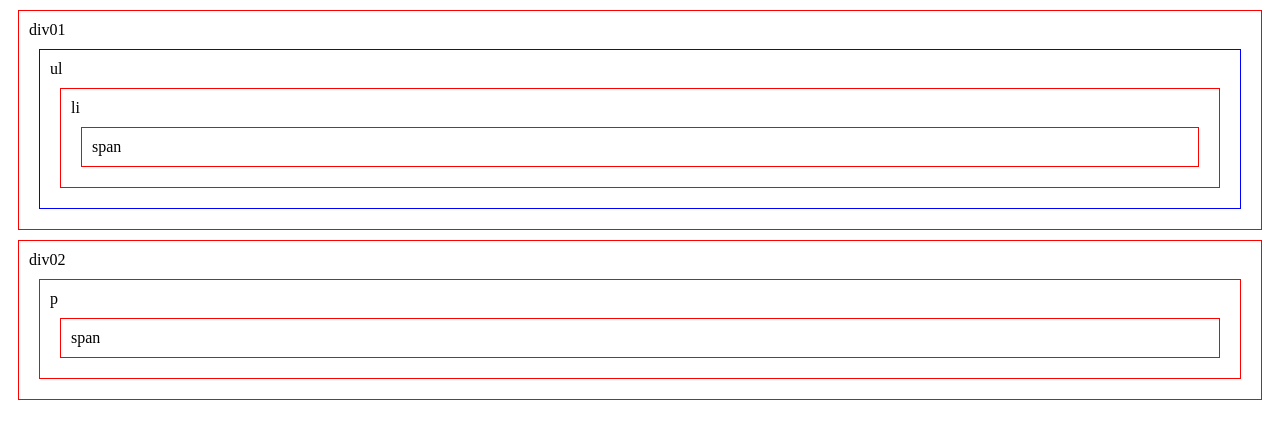
Repository: Jooheehan-kopo/web-workspace
Page: Lecture-web/WebContent/Jquery/exam17(parent).html
These files come from the project's save history. The page is drawn as it stood at one moment and after the next save; the edit follows.
The browser window is 1280 px wide. The pictures show the whole page.

Above is the page before, as saved 2021-06-18 00:53:23.

### Lecture-web/WebContent/Jquery/exam17(parent).html
<!DOCTYPE html>
<html>
<head>
<meta charset="UTF-8">
<title>Insert title here</title>
<script src="js/jquery-3.6.0.min.js"></script>
<style>
#ancester * {
	display: block;
	border: 1px solid red;
	margin: 10px;
	padding: 10px;
}
</style>
<script>

//1. 자식에서 부모
//트리구조형태를 가지고 있어서. 한명의 부모는 자식이 많음. 자식은 부모가 한명뿐임.

	$(document).ready(function() {
		//$('span').parent().css('border-color','blue')  //span의 부모 li /p
		// $('span').parent().parent().css('border-color', 'blue')
		//$('span').parents().css('border-color', 'blue')
		//$('span').parents().css('border', '2px solid blue') //모든 부모로 body도 포함.
		//$('span').parents('div').css('border', '2px solid blue')  //span의 조상들중에 div.  //remove 와도 같음
		//$('span').parentsUntil('div').css('border-color','blue') //span 태그에서부터 div가 나오기전까지.바꿔라


//2. 부모에서 자식 : 자식의 수가 많아서. 트리구조야. 2의제곱으로 늘어남,,?
		//$('#ancester').children().css('border-color','blue') //조상의 자식만 찾는거임. --> body만 나옴
		//$('#ancester').children('#div02').css('border-color','blue') //자식중에 div02만
				//$('#ancester').children('ul').css('border-color', 'blue') //안바뀜... 없음! 찾으려면 find로 ul 태그를찾아야함.
				$('#ancester').find('ul').css('border-color', 'blue')

	})
</script>

</head>
<body>
	<div id="ancester">
		<div id="div01">
			div01
			<ul>
				ul
				<li>li <span>span</span>
				</li>
			</ul>
		</div>
		<div id="div02">
			div02
			<p>
				p <span>span</span>
			</p>
		</div>
	</div>
</body>
</html>

Loaded but not shown: Lecture-web/WebContent/Jquery/js/jquery-3.6.0.min.js (library)

After the next save:
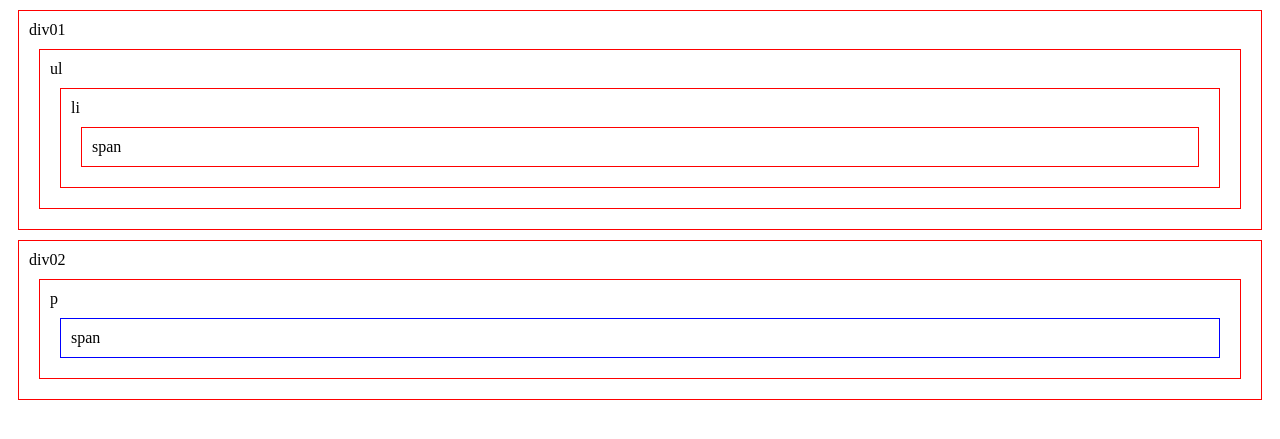
Saved 60 s later.
--- a/Lecture-web/WebContent/Jquery/exam17(parent).html
+++ b/Lecture-web/WebContent/Jquery/exam17(parent).html
@@ -30,8 +30,8 @@
 		//$('#ancester').children().css('border-color','blue') //조상의 자식만 찾는거임. --> body만 나옴
 		//$('#ancester').children('#div02').css('border-color','blue') //자식중에 div02만
 				//$('#ancester').children('ul').css('border-color', 'blue') //안바뀜... 없음! 찾으려면 find로 ul 태그를찾아야함.
-				$('#ancester').find('ul').css('border-color', 'blue')
-
+				//$('#ancester').find('ul').css('border-color', 'blue')
+		$('#ancester').find('span').last().css('border-color', 'blue') //span 중에 마지막
 	})
 </script>
 
